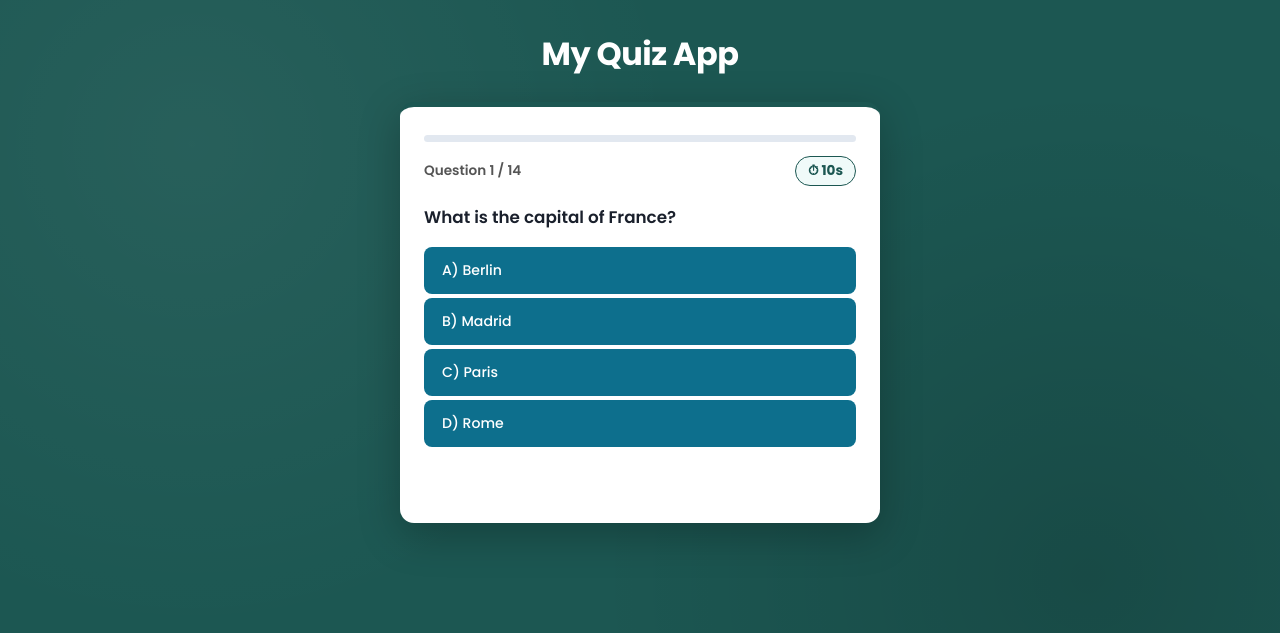
Repository: fatimaqueen9967-eng/SyntacexhubQuizApp
Page: index.html
An editor plug-in stored every save of this project. The page is shown before and after the next save, followed by the edit.
The browser window is 1280 px wide. The pictures show the whole page.

Above is the page before, as saved 2026-03-15 09:36:21.

After the next save:
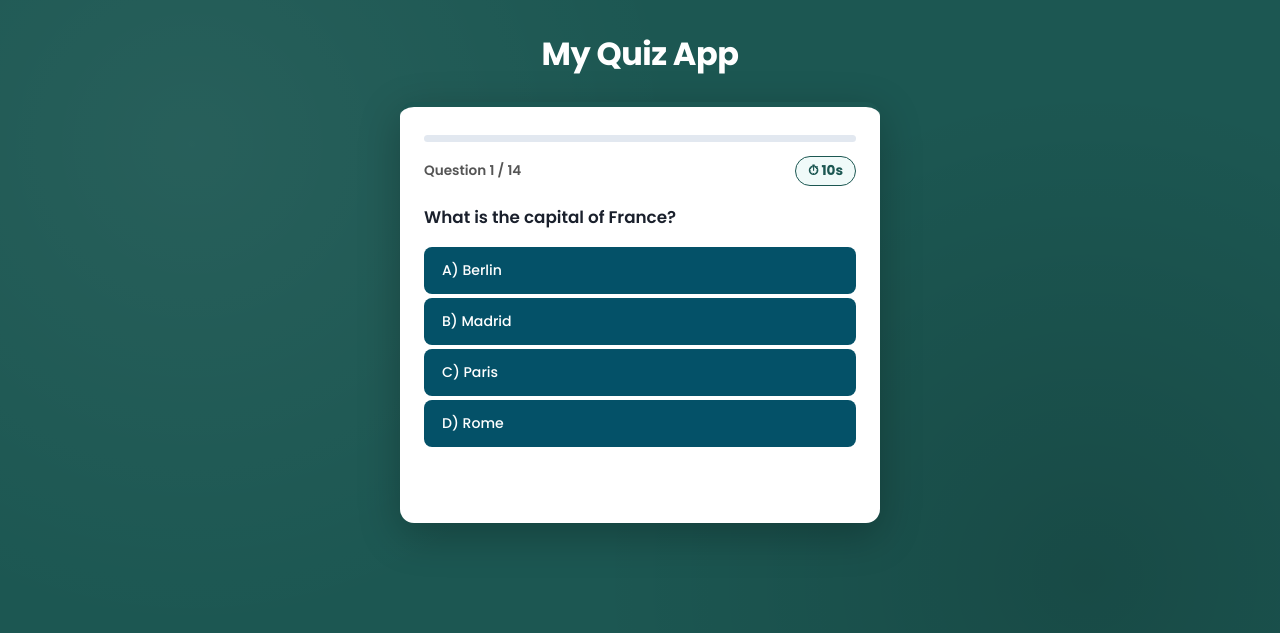
Saved 21 s later.
--- a/style.css
+++ b/style.css
@@ -110,7 +110,7 @@ h1 {
 }
 
 button {
-    background-color: #0d6f8d;
+    background-color: #045168;
     color: white;
     padding: 11px 16px;
     margin: 0;
